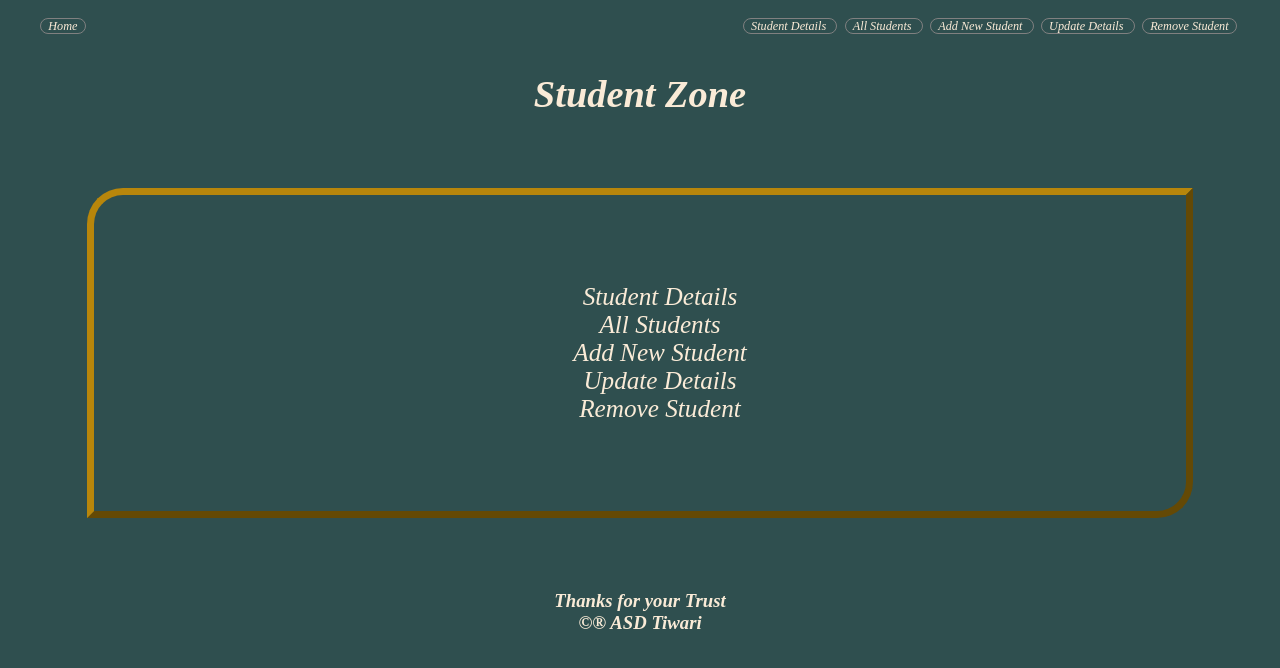
Repository: asdtiwari/Practice
Page: http://localhost/index
The author's editor kept a copy of each file at every save. The page is drawn from the files as they stood at one save, then again after the next save.
The browser window is 1280 px wide. The pictures show the whole page.
The page is this project's Thymeleaf template; nobody is signed in. The template is opened directly, without the code that normally fills it, so the values that code supplies are empty.

Above is the page before, as saved 2023-11-17 12:18:29.

After the next save:
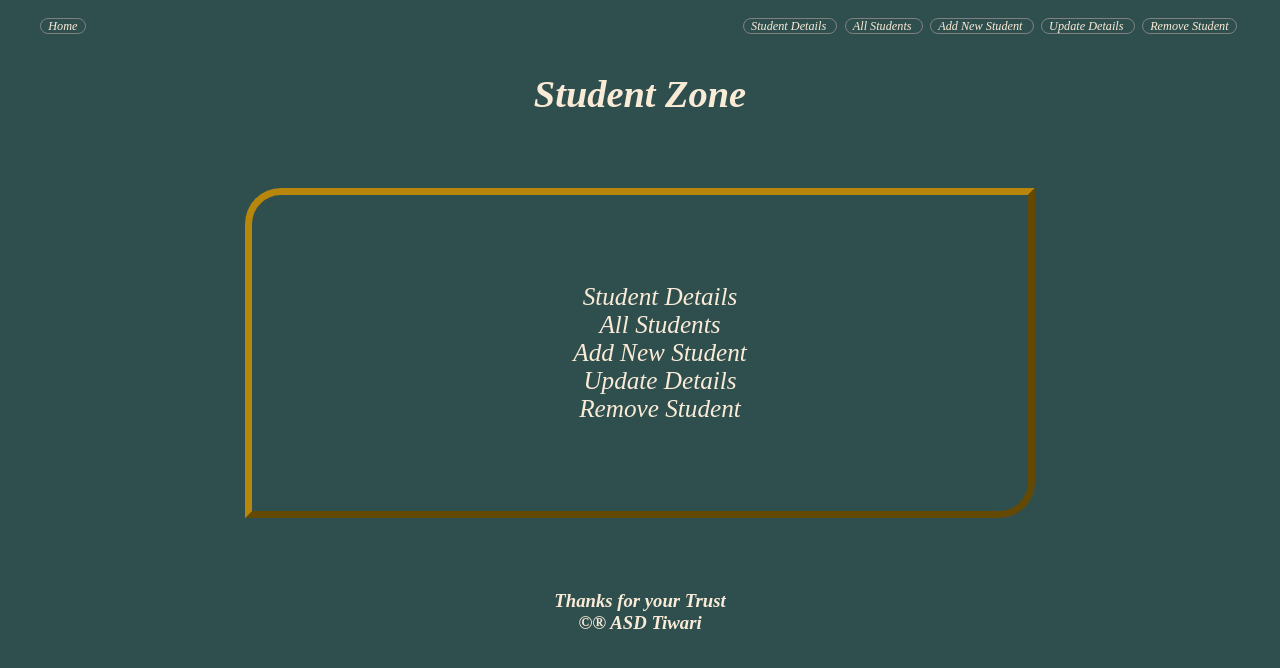
Saved 13 s later.
--- a/DiwaliProjectSTS/studentZone/src/main/resources/templates/index.html
+++ b/DiwaliProjectSTS/studentZone/src/main/resources/templates/index.html
@@ -66,7 +66,7 @@
                 border: outset 1vh darkgoldenrod;
                 border-top-left-radius: 5vh;
                 border-bottom-right-radius: 5vh;
-                width: 75%;
+                width: 50%;
                 margin-top: 10vh;
                 margin-bottom: 10vh;
                 padding: 10vh;
